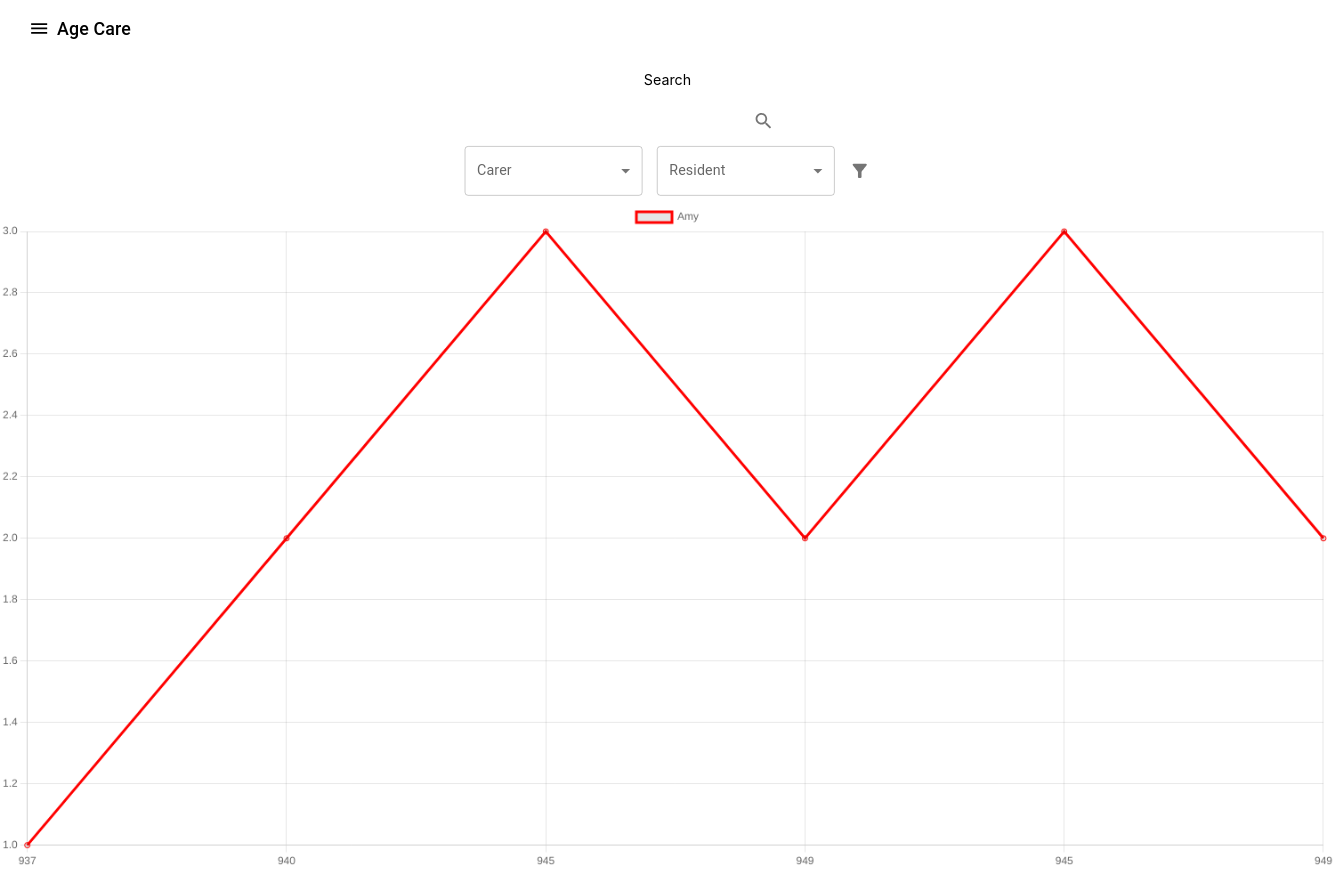
Repository: kimchybob/age_care
Page: /, after clicking the first element matching `button.css-78trlr-MuiButtonBase-root-MuiIconButton-root`
These files come from the project's save history. The page is drawn as it stood at one moment and after the next save; the edit follows.
The browser window is 1280 px wide. The page is 1500 px wide, so the pictures cover 1500 px, including what lies to the right of the window. The pictures show the whole page, at 89% of full size.
The project was rebuilt for these pictures with package versions that can differ from the ones it lists, and the page was loaded fresh each time. Also part of the build but not shown: src/Components/TimeSelecter.js, src/Components/SingleSelectList.js, src/Components/TableChart.js, src/Pages/DataGridPage.js.

Above is the page before, as saved 2022-03-23 22:19:57.

### src/index.js
import React from 'react';
import ReactDOM from 'react-dom';
import './index.css';
import App from './App';
import reportWebVitals from './reportWebVitals';
import { BrowserRouter } from "react-router-dom";

ReactDOM.render(
  <React.StrictMode>
    <App />
  </React.StrictMode>,
  document.getElementById('root')
);

// If you want to start measuring performance in your app, pass a function
// to log results (for example: reportWebVitals(console.log))
// or send to an analytics endpoint. Learn more: https://bit.ly/CRA-vitals
reportWebVitals();

### src/App.js
import logo from './logo.svg';
import './App.css';
import NavToolbar from './Components/Toolbar';
import LineChart from './Components/LineChart';
import { UserData } from './data';
import { useState } from 'react';
import ChartPage from './Pages/ChartPage';
import DataGridPage from './Pages/DataGridPage';
import { Link } from "react-router-dom";


function App() {
  const [view, setView] = useState("chart");



  return (

    <div className="App">
      <NavToolbar function={setView}/>
      <div style={{width:1500}}>
        {
          view=="chart"?
          <ChartPage/>
          :<DataGridPage/>
        }
      </div>
    </div>
  );
}

export default App;

### src/Components/Toolbar.js
import React from 'react';
import {Toolbar,Typography,Button } from '@mui/material';
import SideDrawer from './SideDrawer';


export default function NavToolbar(props) {



  return (
    <Toolbar>
      <SideDrawer/>
      <Typography variant="h6">
        Age Care
      </Typography>
    </Toolbar>
  );
}

### src/Components/LineChart.js
import React from "react";
import { Line } from 'react-chartjs-2';
import {Chart as ChartJS} from "chart.js/auto";

function LineChart({chartData}){
    return <Line data={chartData}/>
    ;
}

export default LineChart;

### src/data.js
export const UserData = [
    {
        id : 1,
        Carer : "Amy",
        Resident : "Tom",
        Date : 20220322,
        Time : 937,
        Distance : 1.0
    },
    {
        id : 2,
        Carer : "Amy",
        Resident : "Tom",
        Date : 20220322,
        Time : 940,
        Distance : 2.0
    },
    {
        id : 3,
        Carer : "Amy",
        Resident : "Tom",
        Date : 20220322,
        Time : 945,
        Distance : 3.0
    },
    {
        id : 4,
        Carer : "Amy",
        Resident : "Tom",
        Date : 20220322,
        Time : 949,
        Distance : 2.0
    },
    {
        id : 5,
        Carer : "Amy",
        Resident : "Tom",
        Date : 20220322,
        Time : 945,
        Distance : 3.0
    },
    {
        id : 6,
        Carer : "Amy",
        Resident : "Tom",
        Date : 20220322,
        Time : 949,
        Distance : 2.0
    },
]

### src/Pages/ChartPage.js
import { Line } from 'react-chartjs-2';
import {Chart as ChartJS} from "chart.js/auto";
import { UserData } from "../data";
import LineChart from "../Components/LineChart";
import MultiSelectList from "../Components/MultiSelectList";
import { Grid,IconButton } from "@mui/material";
import {React,useState} from 'react';
import DateSelecter from '../Components/DateSelecter';
import TimeSelecter from '../Components/TimeSelecter';
import SingleSelectList from '../Components/SingleSelectList';
import FilterAltIcon from '@mui/icons-material/FilterAlt';
import { Label } from '@mui/icons-material';






function ChartPage(){
  // const [carer,setCarer] = useState();

  const [userData,setUserData] = useState({
    labels: UserData.map((data) => data.Time),
    datasets: [
      {
        label:"Amy",
        data:UserData.map((data)=>data.Distance),
        borderColor:["red"]
      }
    ]
  });

  const [visible,setVisible] = useState(false);

  const filterClicked = () =>{
    setVisible(true);
  };

  const [filterVisible, setFilterVisible] = useState(false);

  const showFilter = () =>{
    setFilterVisible(true);
  };

  return (
    <div>
      <Grid
        container
        direction={"column"}
        justifyContent="center"
        alignItems="center"
      >
        <Grid item>
          <p>Search</p>
          <DateSelecter functions={showFilter}/>
        </Grid>
        {filterVisible?
        <Grid
          container
          direction={"column"}
          justifyContent="center"
          alignItems="center"
        >
          <Grid
            item
            container
            direction={"row"}
            justifyContent="center"
            alignItems="center"
          >
            <MultiSelectList label={"Carer"}/>
            <MultiSelectList label={"Resident"}/>
            <IconButton onClick={filterClicked}>
                <FilterAltIcon/>
            </IconButton>
          </Grid>
          <Grid item style={{width:1500}}>
            <LineChart chartData={userData}/>
          </Grid>
        </Grid>
        :<h1/>}
      </Grid>
    </div>
  );
}

export default ChartPage;

### src/Components/SideDrawer.js
import * as React from 'react';
import Box from '@mui/material/Box';
import SwipeableDrawer from '@mui/material/SwipeableDrawer';
import Button from '@mui/material/Button';
import List from '@mui/material/List';
import Divider from '@mui/material/Divider';
import ListItem from '@mui/material/ListItem';
import ListItemIcon from '@mui/material/ListItemIcon';
import ListItemText from '@mui/material/ListItemText';
import InboxIcon from '@mui/icons-material/MoveToInbox';
import MailIcon from '@mui/icons-material/Mail';
import { IconButton} from '@mui/material';
import MenuIcon from '@mui/icons-material/Menu';

export default function SideDrawer(props) {
  const [state, setState] = React.useState({
    left: false
  });

  const toggleDrawer = (anchor, open) => (event) => {
    if (
      event &&
      event.type === 'keydown' &&
      (event.key === 'Tab' || event.key === 'Shift')
    ) {
      return;
    }

    setState({ ...state, [anchor]: open });
  };

  const list = (anchor) => (
    <Box
      sx={{ width: anchor === 'top' || anchor === 'bottom' ? 'auto' : 250 }}
      role="presentation"
      onClick={toggleDrawer(anchor, false)}
      onKeyDown={toggleDrawer(anchor, false)}
    >
      <List>
        {/* {['Dashboard', 'Activity List', 'Carer Registration', 'Resident Registration'].map((text, index) => (
          <ListItem button key={text}>
            <ListItemIcon>
              {index % 2 === 0 ? <InboxIcon /> : <MailIcon />}
            </ListItemIcon>
            <ListItemText primary={text} />
          </ListItem>
        ))} */}
        <ListItem button key={'Dashboard'} ><ListItemText primary={'Dashboard'} /></ListItem>
        <ListItem button key={'Activity List'} ><ListItemText primary={'Activity List'} /></ListItem>
        <ListItem button key={'Carer Registration'}><ListItemText primary={'Carer Registration'} /></ListItem>
        <ListItem button key={'Resident Registration'}><ListItemText primary={'Resident Registration'} /></ListItem>
      </List>
      <Divider />
    </Box>
  );

  return (
    <div>

        <React.Fragment key={'left'}>
          {/* <Button onClick={toggleDrawer('left', true)}>{'lft'}</Button> */}
          <IconButton
            color="inherit"
            // aria-label="open drawer"
            onClick={toggleDrawer('left', true)}
            // edge="start"
            // sx={{ mr: 2, ...(open && { display: 'none' }) }}
          >
            <MenuIcon />
          </IconButton>
          <SwipeableDrawer
            anchor={'left'}
            open={state['left']}
            onClose={toggleDrawer('left', false)}
            onOpen={toggleDrawer('left', true)}
          >
            {list('left')}
          </SwipeableDrawer>
        </React.Fragment>

    </div>
  );
}

### src/Components/MultiSelectList.js
import * as React from 'react';
import { useTheme } from '@mui/material/styles';
import OutlinedInput from '@mui/material/OutlinedInput';
import InputLabel from '@mui/material/InputLabel';
import MenuItem from '@mui/material/MenuItem';
import FormControl from '@mui/material/FormControl';
import Select from '@mui/material/Select';

const ITEM_HEIGHT = 48;
const ITEM_PADDING_TOP = 8;
const MenuProps = {
  PaperProps: {
    style: {
      maxHeight: ITEM_HEIGHT * 4.5 + ITEM_PADDING_TOP,
      width: 250,
    },
  },
};

const names = [
  'Oliver Hansen',
  'Van Henry',
  'April Tucker',
  'Ralph Hubbard',
  'Omar Alexander',
  'Carlos Abbott',
  'Miriam Wagner',
  'Bradley Wilkerson',
  'Virginia Andrews',
  'Kelly Snyder',
];

function getStyles(name, personName, theme) {
  return {
    fontWeight:
      personName.indexOf(name) === -1
        ? theme.typography.fontWeightRegular
        : theme.typography.fontWeightMedium,
  };
}

export default function MultiSelectList(props) {
  const theme = useTheme();
  const [personName, setPersonName] = React.useState([]);

  const handleChange = (event) => {
    const {
      target: { value },
    } = event;
    setPersonName(
      // On autofill we get a stringified value.
      typeof value === 'string' ? value.split(',') : value,
    );
  };

  return (
    <div>
      <FormControl sx={{ m: 1, width: 200 }}>
        <InputLabel id="demo-multiple-name-label">{props.label}</InputLabel>
        <Select
          labelId="demo-multiple-name-label"
          id="demo-multiple-name"
          multiple
          value={personName}
          onChange={handleChange}
          input={<OutlinedInput label="name" />}
          MenuProps={MenuProps}
        >
          {names.map((name) => (
            <MenuItem
              key={name}
              value={name}
              style={getStyles(name, personName, theme)}
            >
              {name}
            </MenuItem>
          ))}
        </Select>
      </FormControl>
    </div>
  );
}

### src/Components/DateSelecter.js
import * as React from 'react';
import TextField from '@mui/material/TextField';
import AdapterDateFns from '@mui/lab/AdapterDateFns';
import LocalizationProvider from '@mui/lab/LocalizationProvider';
import DatePicker from '@mui/lab/DatePicker';
import { FormControl, Grid, IconButton } from '@mui/material';
import SearchIcon from '@mui/icons-material/Search';



function DateSelecter(props){
    const [value, setValue] = React.useState(null);
    const searchClicked = () =>{
        props.functions(true);
    };

    return (
        <Grid
            container
            direction={"row"}
            alignItems="center"
            justifyContent="center"
        >
            <FormControl sx={{ m: 1, width:200}}>
                <LocalizationProvider dateAdapter={AdapterDateFns}>
                    <DatePicker
                        label="Date"
                        value={value}
                        onChange={(newValue) => {
                        setValue(newValue);
                        }}
                        renderInput={(params) => <TextField {...params} />}
                    />
                </LocalizationProvider>
            </FormControl>
            <IconButton onClick={searchClicked}>
                <SearchIcon/>
            </IconButton>
        </Grid>
    );
}

export default DateSelecter;

Loaded but not shown: public/index.html (common file); src/index.css (common file); src/reportWebVitals.js (common file); src/App.css (common file)

After the next save:
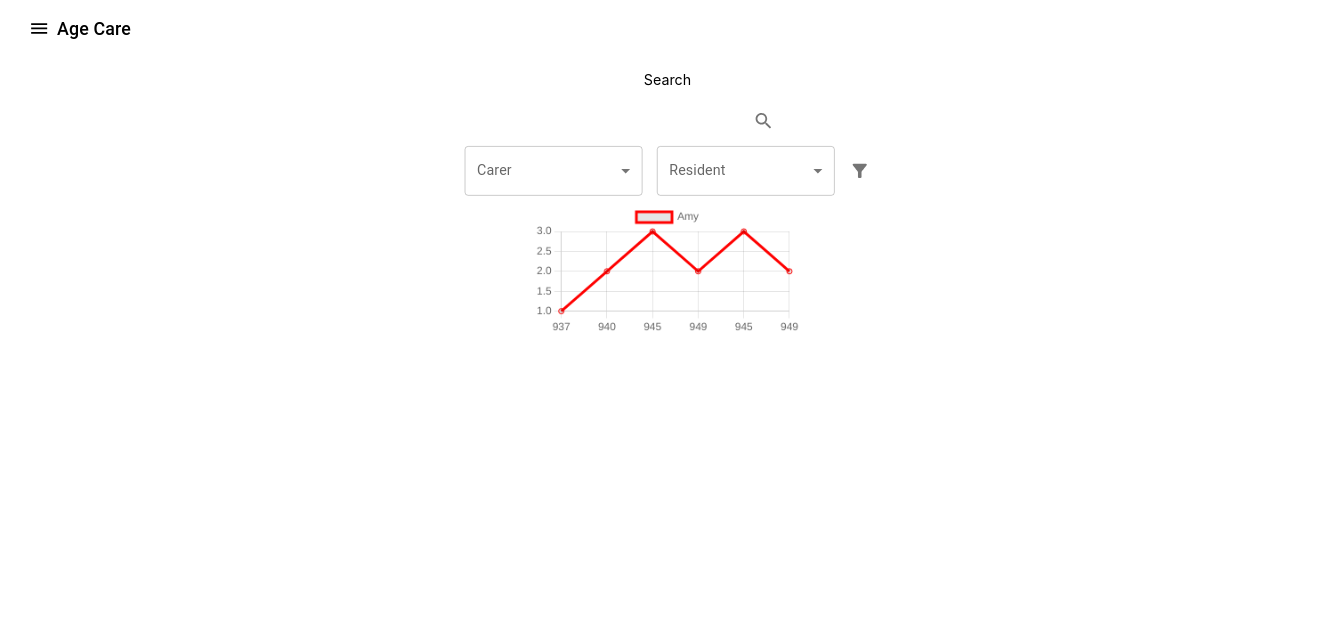
Saved 79 s later.
--- a/src/Pages/ChartPage.js
+++ b/src/Pages/ChartPage.js
@@ -74,7 +74,7 @@
                 <FilterAltIcon/>
             </IconButton>
           </Grid>
-          <Grid item style={{width:1500}}>
+          <Grid item xs>
             <LineChart chartData={userData}/>
           </Grid>
         </Grid>

After the 4 saves that followed:
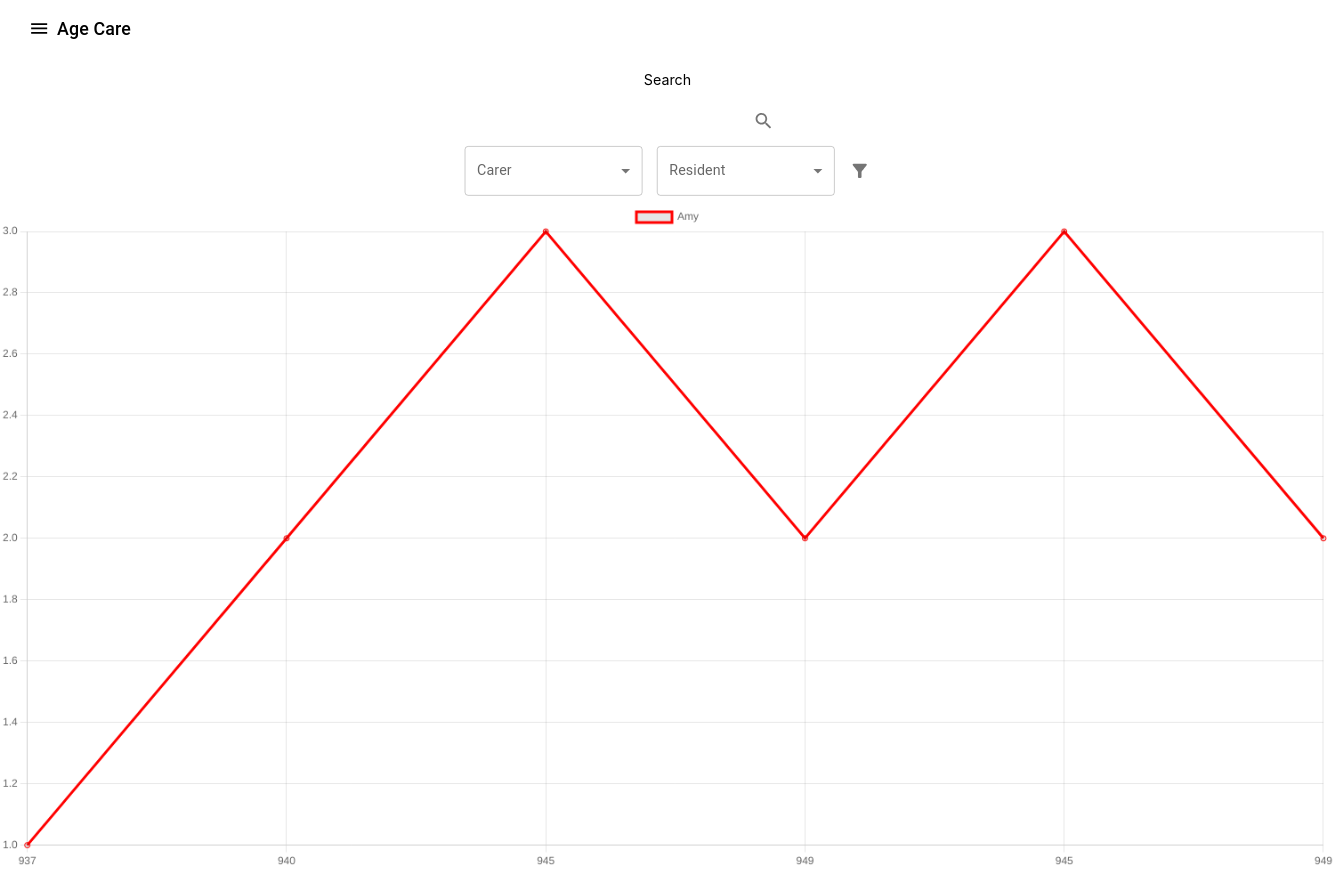
The 4 saves are shown as one change because 3 left the picture as it was.
The last was saved 3 min 18 s later.
--- a/src/Pages/ChartPage.js
+++ b/src/Pages/ChartPage.js
@@ -74,9 +74,7 @@
                 <FilterAltIcon/>
             </IconButton>
           </Grid>
-          <Grid item xs>
-            <LineChart chartData={userData}/>
-          </Grid>
+          <LineChart chartData={userData}/>
         </Grid>
         :<h1/>}
       </Grid>
